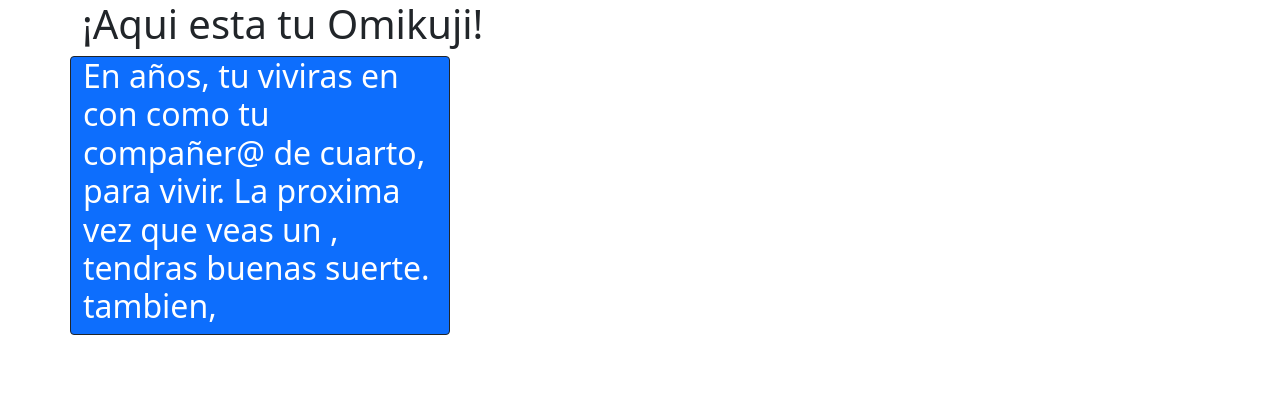
Repository: fanoneytor/condingDojo-JavaSpring
Page: http://localhost/Omikuji/WEB-INF/show.jsp
The author's editor kept a copy of each file at every save. The page is drawn from the files as they stood at one save, then again after the next save.
The browser window is 1280 px wide. The pictures show the whole page.
The page is served by Tomcat 9. Nobody is signed in. The template is opened directly, without the code that normally fills it, so the values that code supplies are empty.

Above is the page before, as saved 2023-03-12 19:07:45.

After the next save:
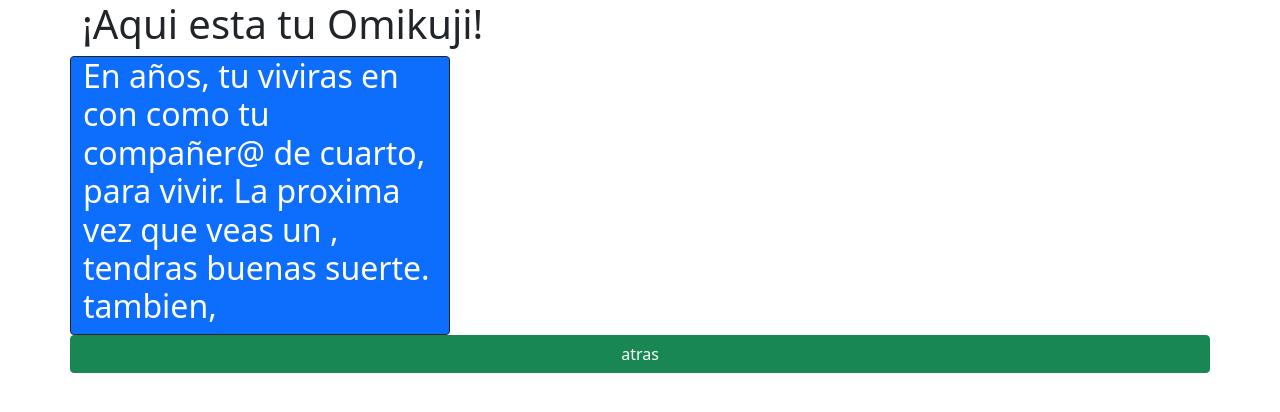
Saved 4 min 0 s later.
--- a/workspace/Omikuji/src/main/webapp/WEB-INF/show.jsp
+++ b/workspace/Omikuji/src/main/webapp/WEB-INF/show.jsp
@@ -17,6 +17,7 @@
 				como tu compañer@ de cuarto, ${profesion} para vivir. La proxima vez
 				que veas un ${serVivo}, tendras buenas suerte. tambien, ${algoBueno}</h1>
 			</div>
+			<a href="/" class="btn btn-success">atras</a>
 		</div>
 	</div>
 </body>
